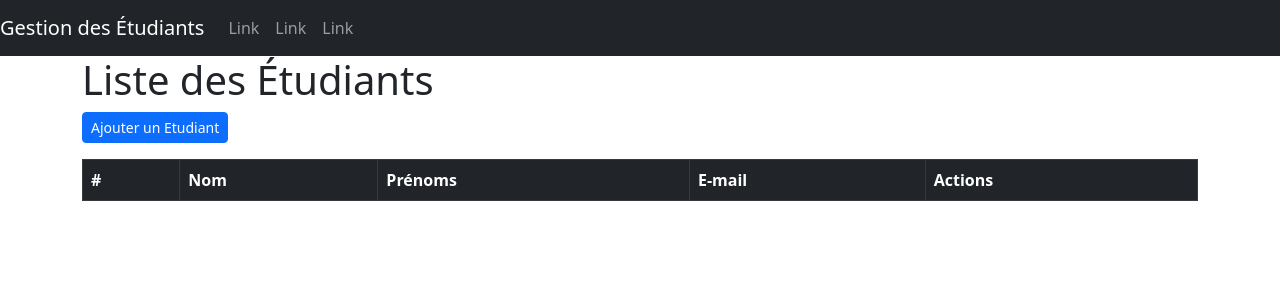
Repository: daniel10027/DJ-Spring
Page: http://localhost/students
These files come from the project's save history. The page is drawn as it stood at one moment and after the next save; the edit follows.
The browser window is 1280 px wide. The pictures show the whole page.
The page is this project's Thymeleaf template; nobody is signed in. The template is opened directly, without the code that normally fills it, so the values that code supplies are empty.

Above is the page before, as saved 2022-07-02 13:48:54.

After the next save:
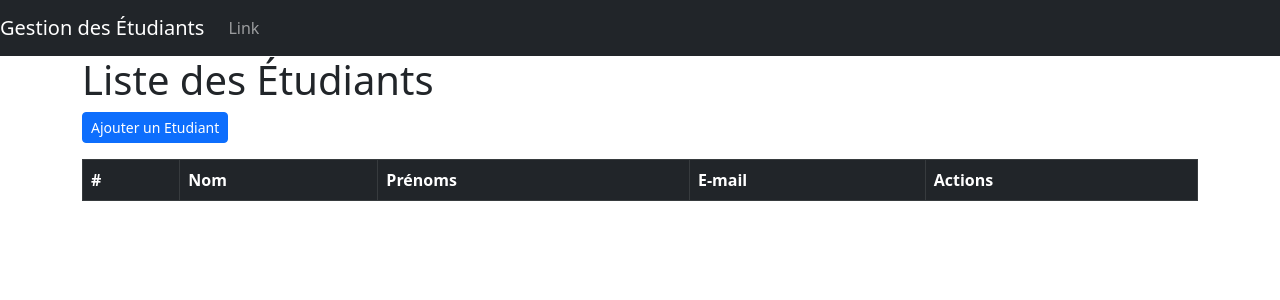
Saved 15 s later.
--- a/student-management-system/src/main/resources/templates/students.html
+++ b/student-management-system/src/main/resources/templates/students.html
@@ -20,12 +20,6 @@
   <!-- Navbar links -->
   <div class="collapse navbar-collapse" id="collapsibleNavbar">
     <ul class="navbar-nav">
-      <li class="nav-item">
-        <a class="nav-link" href="#">Link</a>
-      </li>
-      <li class="nav-item">
-        <a class="nav-link" href="#">Link</a>
-      </li>
       <li class="nav-item">
         <a class="nav-link" href="#">Link</a>
       </li>
